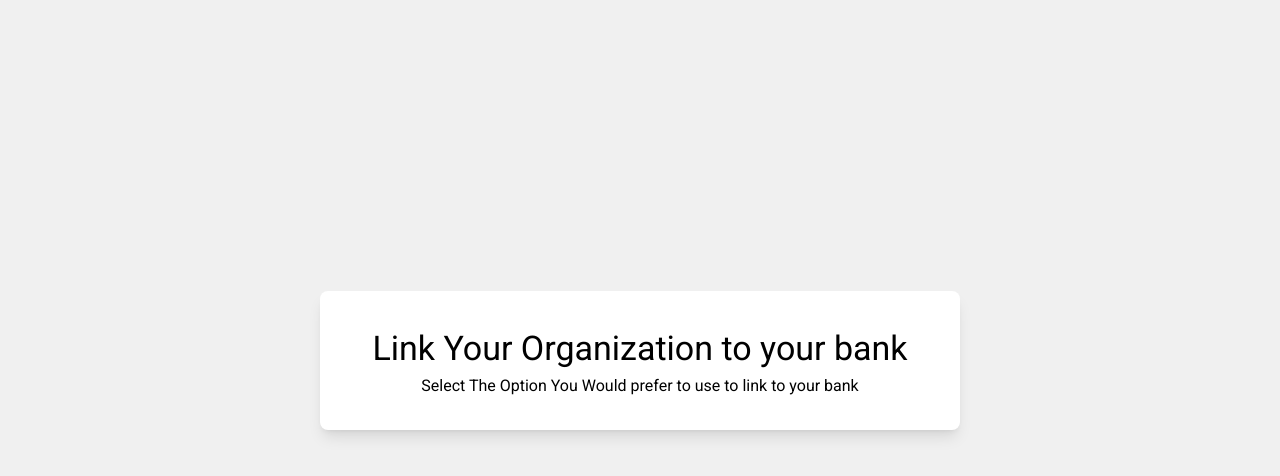
Repository: Nathan-spec/link_to_org
Page: /
The author's editor kept a copy of each file at every save. The page is drawn from the files as they stood at one save, then again after the next save.
The browser window is 1280 px wide. The pictures show the whole page.
The project was rebuilt for these pictures with package versions that can differ from the ones it lists, and the page was loaded fresh each time. The framework's server and built-in components were replaced by stand-ins that run in the browser. Also part of the build but not shown: next.config.ts.

Above is the page before, as saved 2024-10-25 13:17:35.

After the next save:
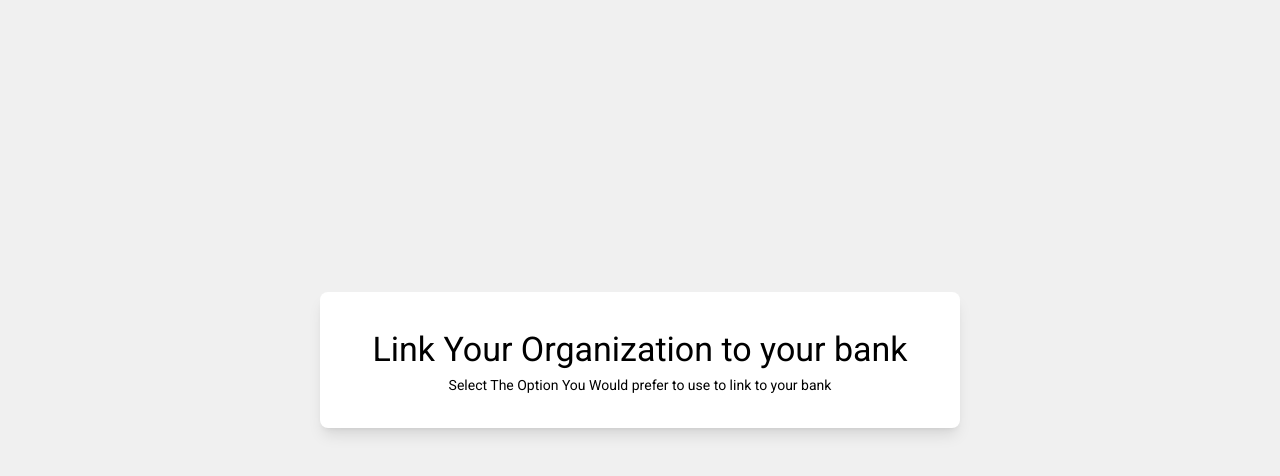
Saved 5 s later.
--- a/app/page.tsx
+++ b/app/page.tsx
@@ -17,7 +17,7 @@ export default function Home() {
       <h1 style={{fontSize: '34px', color: 'black', textAlign: 'center', }}>
         Link Your Organization to your bank
       </h1>
-      <h2 style={{fontSize: 'px', color: 'black', textAlign: 'center', }}>
+      <h2 style={{fontSize: '14px', color: 'black', textAlign: 'center', }}>
          Select The Option You Would prefer to use to link to your bank
       </h2>
       </div>
